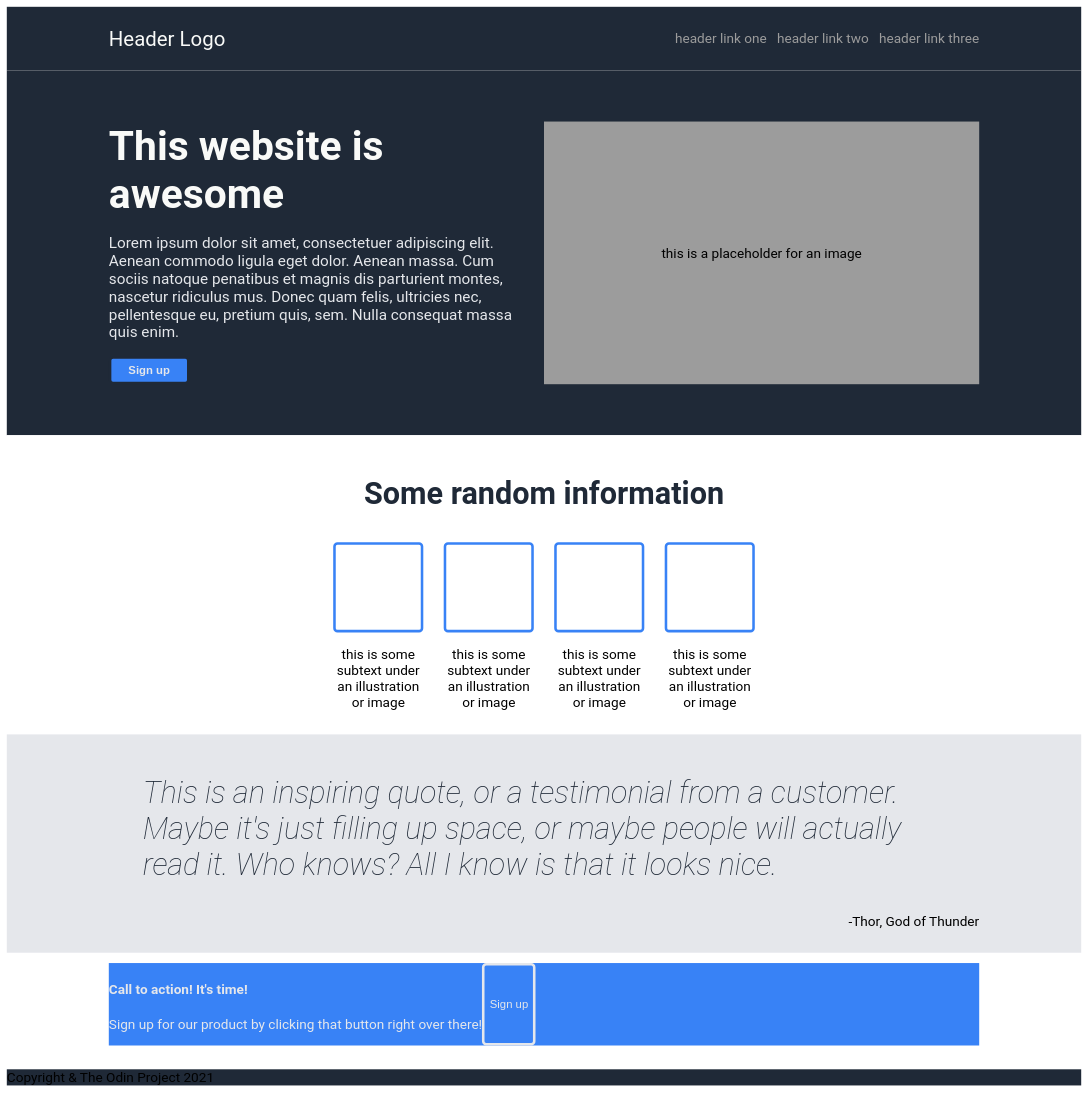
Repository: evemcd/odin_project
Page: odin-project2-landing-page/index.html
The author's editor kept a copy of each file at every save. The page is drawn from the files as they stood at one save, then again after the next save.
The browser window is 1280 px wide. The pictures show the whole page, at 85% of full size.

Above is the page before, as saved 2022-02-08 11:28:38.

After the next save:
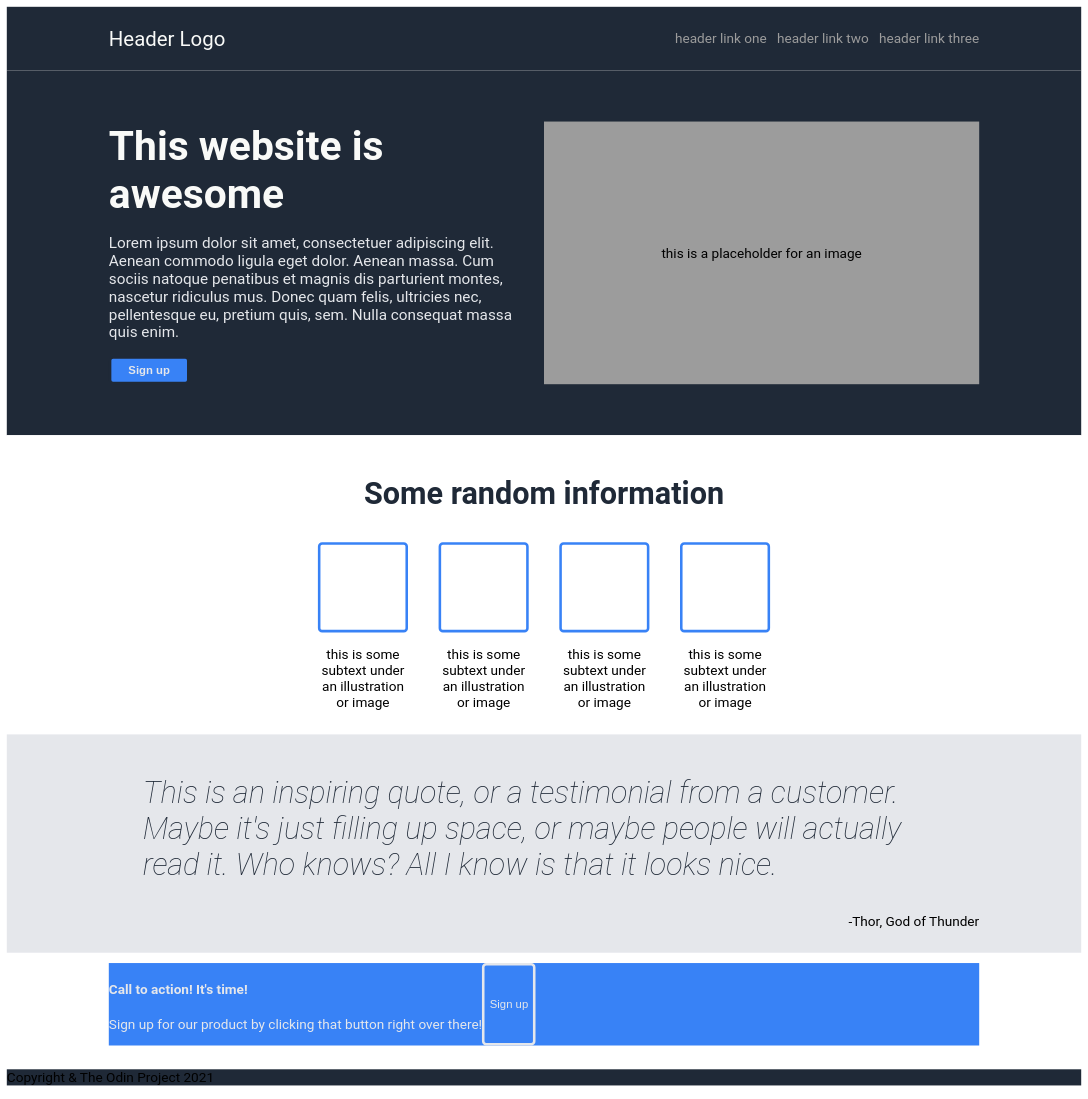
Saved 21 s later.
--- a/odin-project2-landing-page/style.css
+++ b/odin-project2-landing-page/style.css
@@ -87,7 +87,7 @@ header a {
 .boxContainer {
     display: flex;
     justify-content: center;
-    gap: 24px;
+    gap: 36px;
 }
 
 .boxes {
